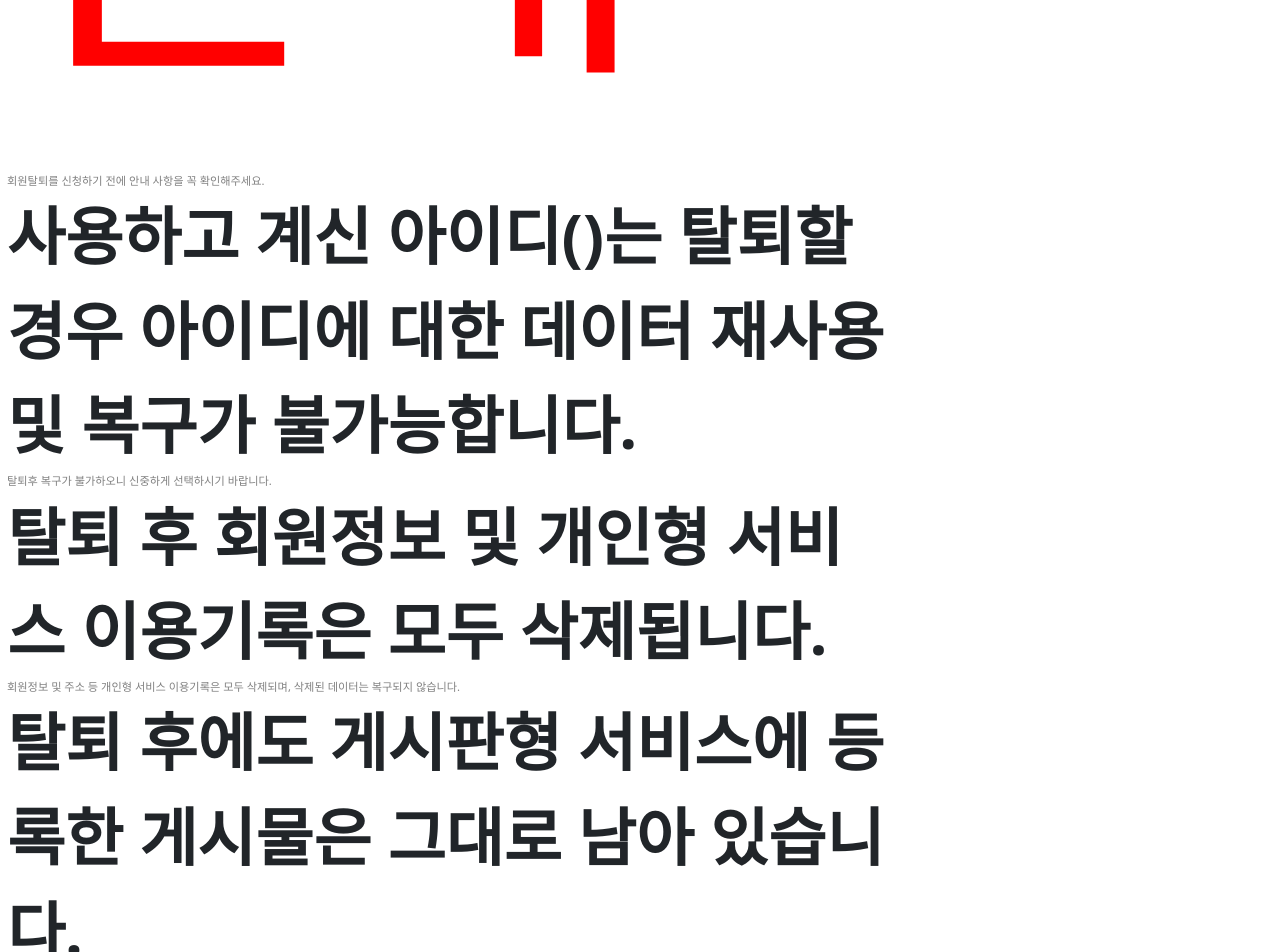
Repository: leehyeonung/project4
Page: http://localhost/book/WEB-INF/views/member/delete.jsp
An editor plug-in stored every save of this project. The page is shown before and after the next save, followed by the edit.
The browser window is 1280 px wide. The page is 1280 px wide, then 1837 px, so the pictures cover 1837 px, including what lies to the right of the window. The pictures show the part of the page from y = 1454 to 2814 px (the page is 3230 px tall before and 3980 px after), at 70% of full size.
The page is served by Tomcat 9. Nobody is signed in. The template is opened directly, without the code that normally fills it, so the values that code supplies are empty.

Above is the page before, as saved 2023-01-06 06:06:19.

After the next save:
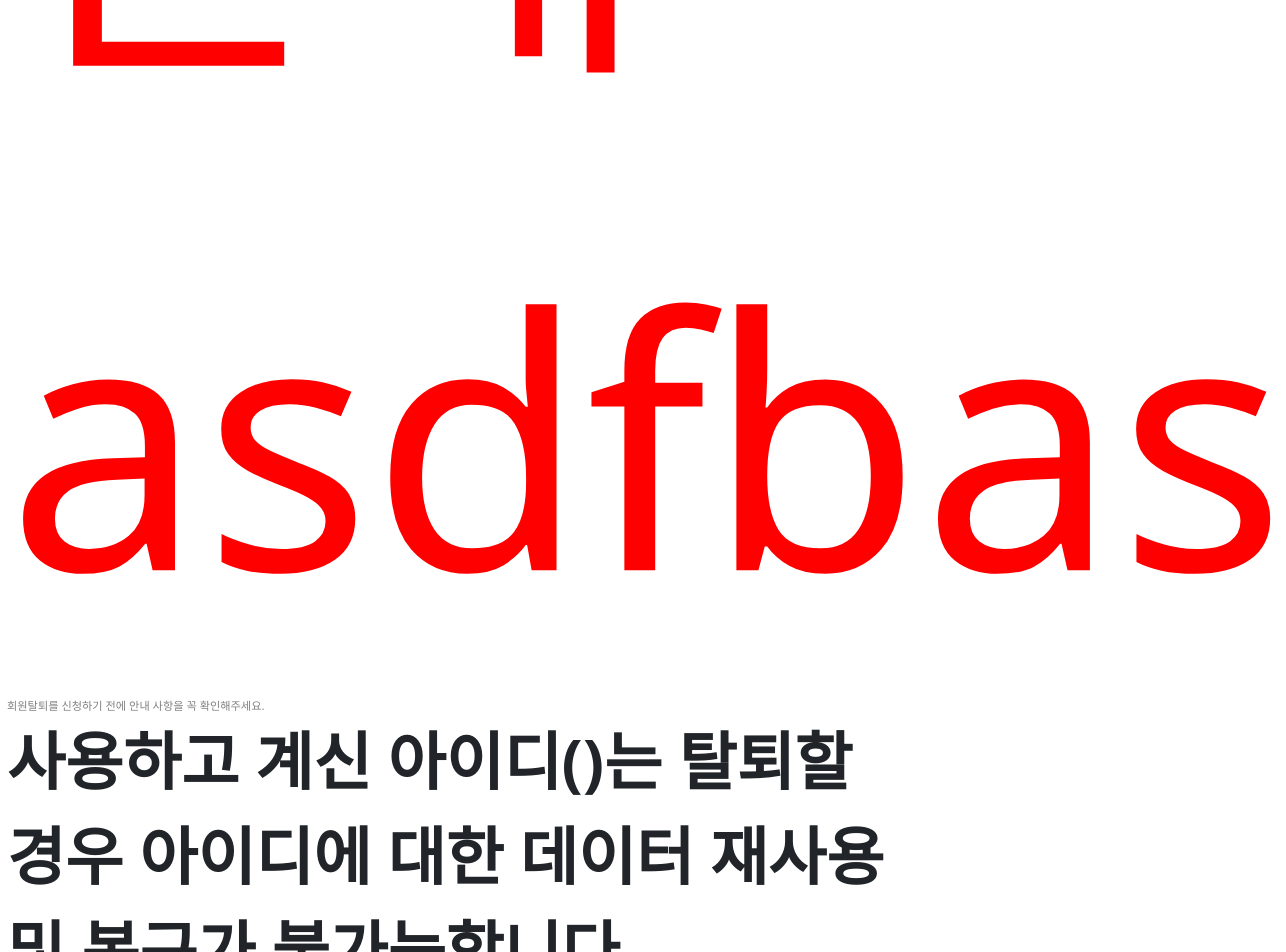
Saved 9 s later.
--- a/book/src/main/webapp/WEB-INF/views/member/delete.jsp
+++ b/book/src/main/webapp/WEB-INF/views/member/delete.jsp
@@ -15,7 +15,7 @@
 <jsp:include page="../layout/header.jsp"></jsp:include>
 <div class="main">
 <div class="info">
-탈퇴 안내
+탈퇴 안내asdfbas
 </div>
 <div class="short">회원탈퇴를 신청하기 전에 안내 사항을 꼭 확인해주세요.</div>
 <div class="long">사용하고 계신 아이디(${ses.mem_id})는 탈퇴할 경우 아이디에 대한 데이터 재사용 및 복구가 불가능합니다.</div>
